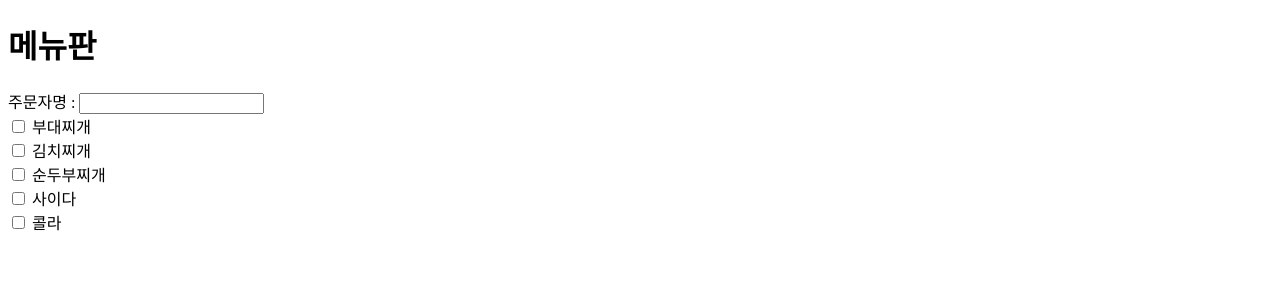
Repository: HaeunOh/study
Page: http://localhost/jstl_study/step-6.jsp
The author's editor kept a copy of each file at every save. The page is drawn from the files as they stood at one save, then again after the next save.
The browser window is 1280 px wide. The pictures show the whole page.
The page is served by Tomcat 9.

Above is the page before, as saved 2024-04-11 04:10:13.

After the next save:
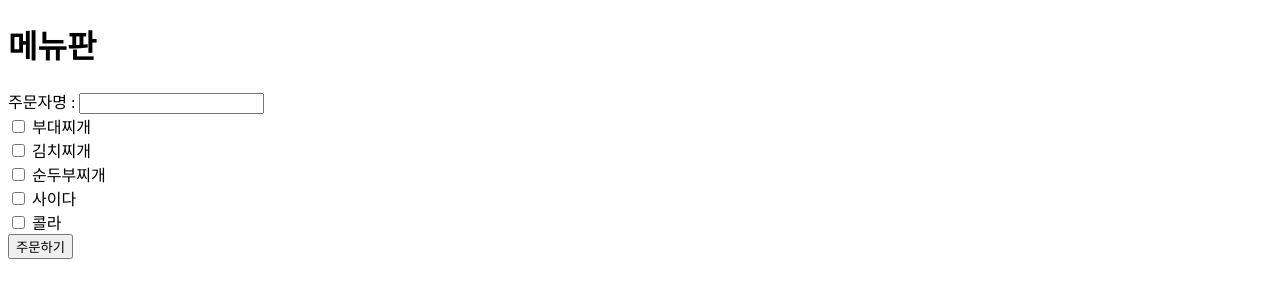
Saved 13 s later.
--- a/_jstl_workspace/jstl_study/src/main/webapp/step-6.jsp
+++ b/_jstl_workspace/jstl_study/src/main/webapp/step-6.jsp
@@ -17,6 +17,7 @@
 	<input type="checkbox" name="food" value="순두부찌개"> 순두부찌개 <br>
 	<input type="checkbox" name="food" value="사이다"> 사이다 <br>
 	<input type="checkbox" name="food" value="콜라"> 콜라 <br>
+	<button type="submit">주문하기</button>
 	</form>
 
 </body>
